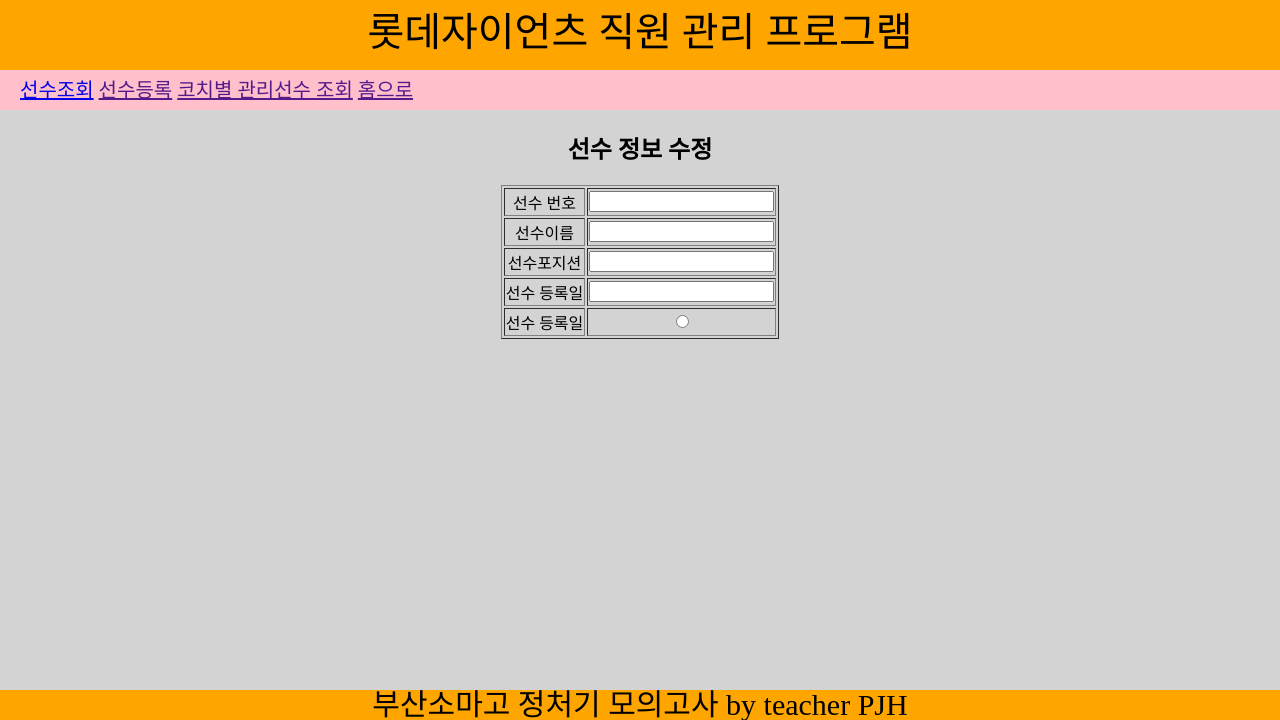
Repository: jeajune0221/information
Page: http://localhost/HRD_2411/update.jsp
These files come from the project's save history. The page is drawn as it stood at one moment and after the next save; the edit follows.
The browser window is 1280 px wide. The pictures show the whole page.
The page is served by Tomcat 9.

Above is the page before, as saved 2026-03-16 11:07:36.

After the next save:
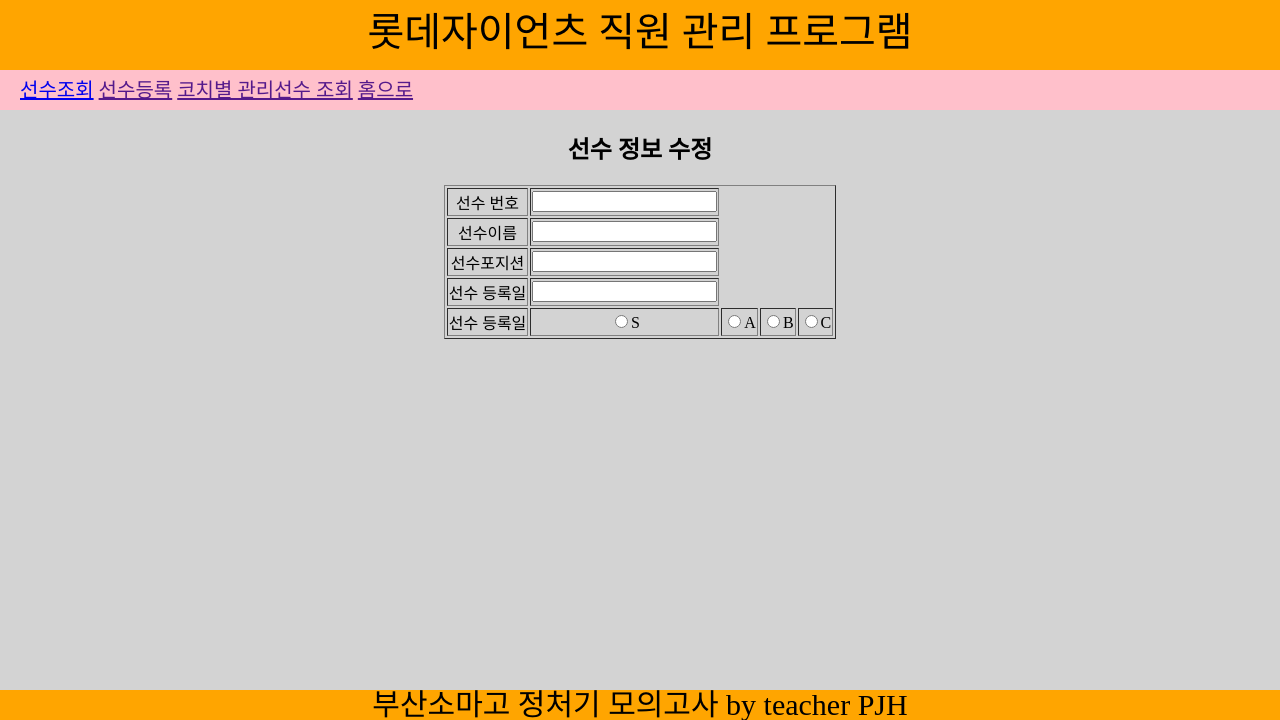
Saved 34 s later.
--- a/hrdkorea/HRD_2411/src/main/webapp/update.jsp
+++ b/hrdkorea/HRD_2411/src/main/webapp/update.jsp
@@ -31,7 +31,12 @@
 </tr>
 <tr>
 <td>선수 등록일</td>
-<td><input type ="radio", option = "asd"></td>
+<td><input type ="radio", option = "asd">S</td>
+<td><input type ="radio", option = "asd">A</td>
+<td><input type ="radio", option = "asd">B</td>
+<td><input type ="radio", option = "asd">C</td>
+
+
 </tr>
 </table>
 </form>
